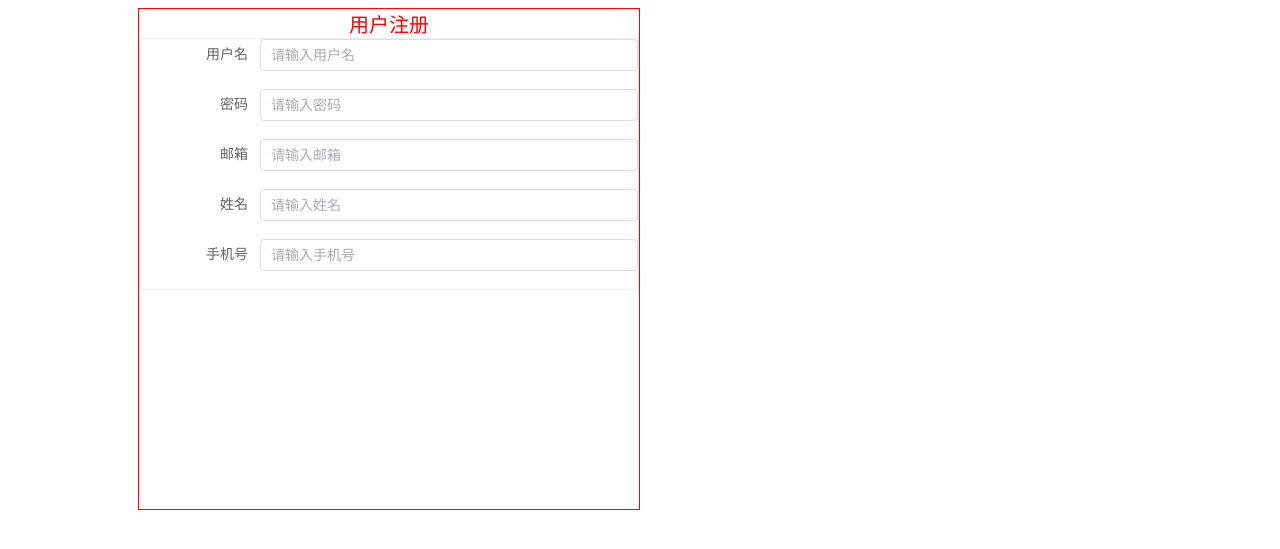
Repository: Mickey1216/yzkj_login_demo
Page: /register
These files come from the project's save history. The page is drawn as it stood at one moment and after a run of saves; the edit follows.
The browser window is 1280 px wide. The pictures show the whole page.
The project was rebuilt for these pictures with package versions that can differ from the ones it lists, and the page was loaded fresh each time. Also part of the build but not shown: vite.config.js, src/views/Login.vue.

Above is the page before, as saved 2023-07-04 14:53:27.

After the next 2 saves:
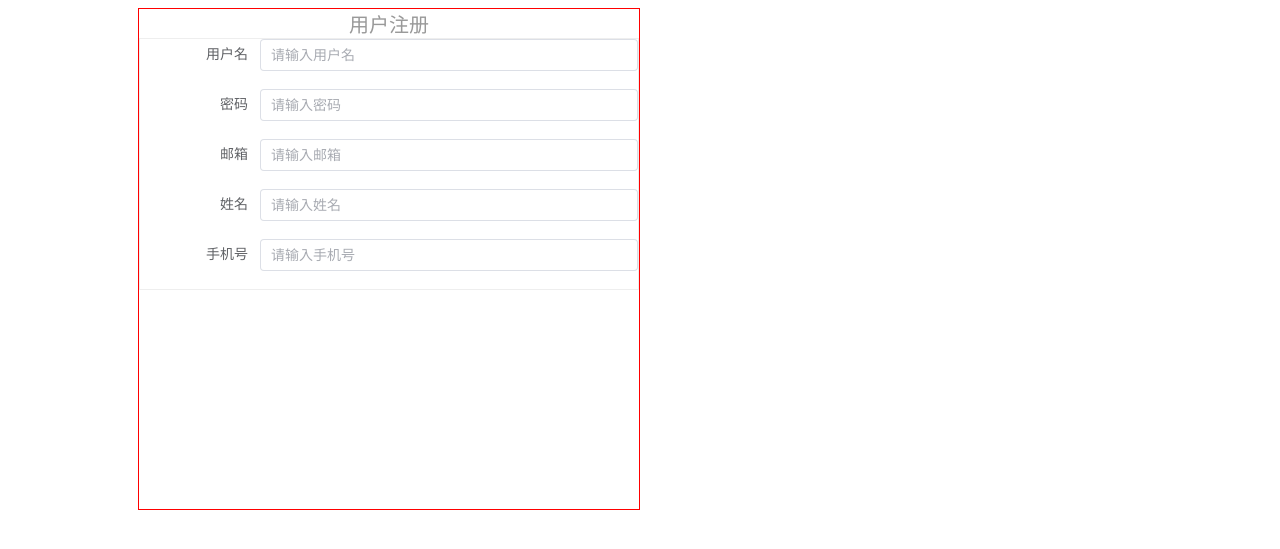
The 2 saves are shown as one change because they came seconds apart.
The last was saved 50 s later.
--- a/src/views/Register.vue
+++ b/src/views/Register.vue
@@ -45,6 +45,6 @@ const form = reactive({
   align-items: center;
   justify-content: center;
   font-size: 20px;
-  color: red;
+  color: #999;
 }
 </style>
